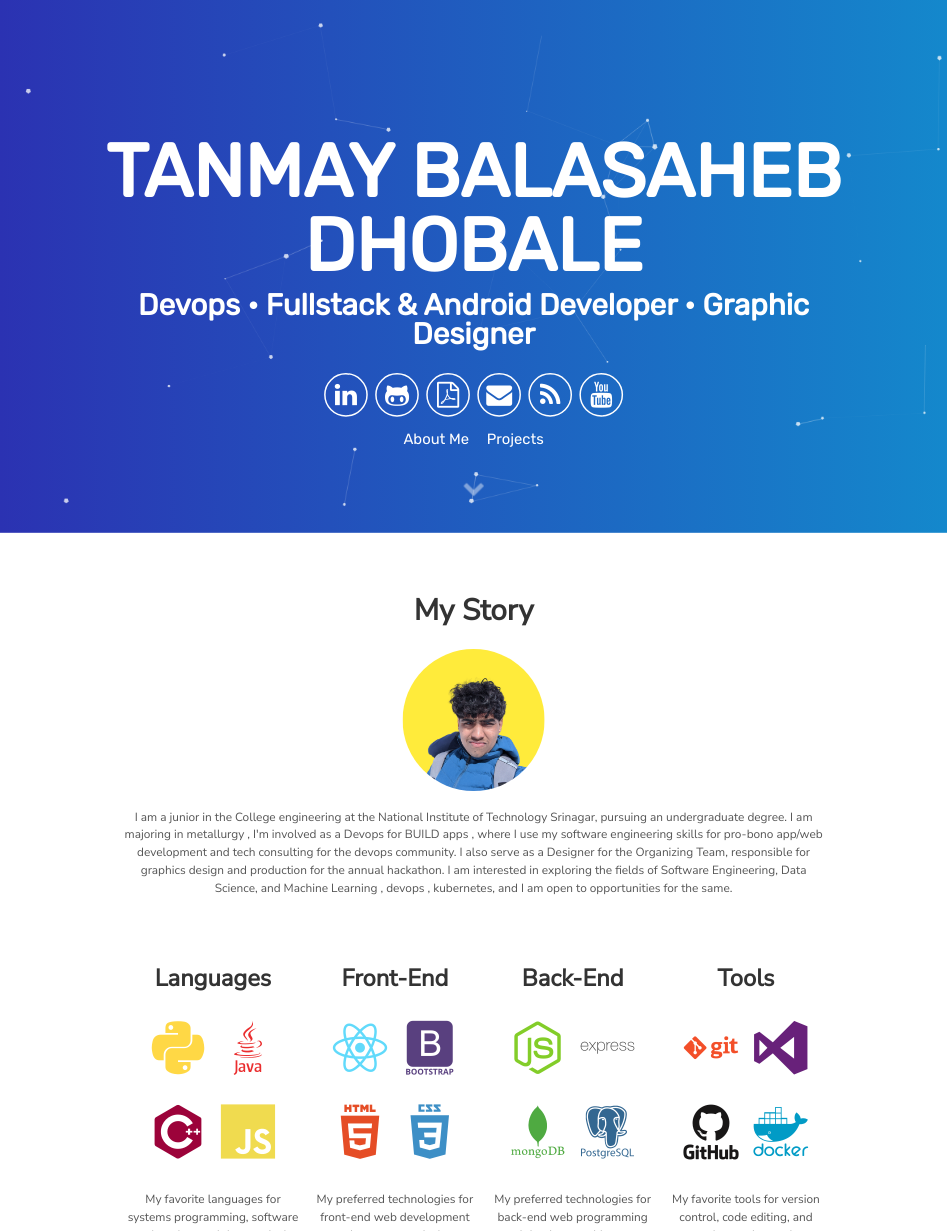
Repository: TanmayDhobale/portfolio.tanmay
Page: index.html
These files come from the project's save history. The page is drawn as it stood at one moment and after a run of saves; the edit follows.
The browser window is 1280 px wide. The pictures show the part of the page from y = 0 to 1663 px (the page is 3192 px tall before and 3168 px after), at 74% of full size.
A picture or video elsewhere on the page could not be fetched, so the positions and the page height are approximate. Backgrounds fixed to the window are drawn as part of the page.

Above is the page before, as saved 2023-12-22 23:37:52.

### index.html
<!DOCTYPE html>
<html lang="en">
  <head>
    <!-- Metadata of the Webpage -->
    <!-- Character-set Metadata -->
    <meta charset="utf-8" />
    <meta http-equiv="X-UA-Compatible" content="IE=edge" />
    <!-- Viewport Metadata -->
    <meta name="viewport" content="width=device-width, initial-scale=1" />
    <!-- Description Metadata-->
    <meta name="description" content="Portfolio Website" />
    <!-- Author Metadata -->
    <meta name="author" content="Tanmay dhobale " />
    <!-- Keyword Metadata -->
    <meta
      name="keywords"
      content="tanmay balasaheb dhobale , tanmay dhobale , tanmay dhobale nit  , tanmay dhobale nasa "
    />
    <!-- Webpage Logo -->
    <link rel="shortcut icon" href="assets/img/favicon.ico" />
    <!-- Webpage Title -->
    <title>Tanmay Dhobale </title>

    <!-- Import CSS: Main Stylesheet -->
    <link rel="stylesheet" href="./assets/css/main.css" />
  </head>

  <body>
    <div id="particles-js">
      <div class="header">
        <h1>
          <span class="site-title">TANMAY BALASAHEB DHOBALE  </span>
          <span class="site-description"> Devops • Fullstack & Android Developer • Graphic Designer</span>
        </h1>
        <div class="header-icons">
          <a aria-label="My LinkedIn Profile" target="_blank" href="https://www.linkedin.com/in/tanmaydhobale/">
            <i class="icon fa fa-linkedin" aria-hidden="true"></i>
          </a>
          <a aria-label="My Github Profile" target="_blank" href="https://github.com/TanmayDhobale">
            <i class="icon fa fa-github-alt" aria-hidden="true"></i>
          </a>
          <a aria-label="My Résumé" target="_blank" href="https://drive.google.com/file/d/1peyPPxDyb9ghPeIRP90eBRohSEgll6yG/view?usp=sharing">
            <i class="icon fa fa fa-file-pdf-o" aria-hidden="true"></i>

          </a>
          <a aria-label="Send Email" href="mailto:tanmay_2021bmme078@nitsri.ac.in" target="_blank"
            ><i class="icon fa fa-envelope"></i
          ></a>
           <a aria-label="Send Email" href="https://hashnode.com/@tanmay4l" target="_blank">
            <i class="icon fa fa-rss" aria-hidden="true"></i>
          </a>
          <a aria-label="Youtube" href="https://youtube.com/@tanmay4l?si=MVQowxwEulg6ruLZ" target="_blank"
          ><i class="icon fa fa-youtube"></i
        ></a>

        </div>
        <div class="header-links">
          <a class="link" href="#about" data-scroll>About Me</a>
          <a class="link" href="#projects" data-scroll>Projects</a>
        </div>
      </div>
      <a class="down" href="#about" data-scroll><i class="icon fa fa-chevron-down" aria-hidden="true"></i></a>


    </div>

    <!-- About Section -->
    <section id="about">
      <!-- User Introduction-->
      <div class="user-details">
        <h1>My Story</h1>
        <picture>
          <source
            type="image/webp"
            srcset="./assets/img/webp/Professional-Picture-Me.webp"
            alt="Professional Me"
            width="20%"
            style="border-radius: 50%"
          />
          <img
            src="./assets/img/jpg/Professional-Picture-Me.jpg"
            alt="Professional Me"
            width="20%"
            style="border-radius: 50%"
          />
        </picture>
        <p>
          I am a junior in the College engineering at the National Institute of Technology Srinagar,
          pursuing an undergraduate degree. I am majoring in metallurgy  ,  I'm involved as a Devops for BUILD
          apps , where I use my software engineering skills for pro-bono app/web development and tech consulting for the
          devops community. I also serve as a Designer for the Organizing Team, responsible for graphics
          design and production for the annual hackathon. I am interested in exploring the fields of Software
          Engineering, Data Science, and Machine Learning , devops , kubernetes,  and I am open to opportunities for the same.
        </p>
      </div>

      <!-- User Specifics -->
      <div class="user">
        <!-- Technology Stack #1: Languages -->
        <div class="tech">
          <h2>Languages</h2>
          <i class="devicon-python-plain colored"></i>
          <i class="devicon-java-plain-wordmark colored"></i>

          <i class="devicon-cplusplus-plain colored"></i>
          <i class="devicon-javascript-plain colored"></i>
          <p>My favorite languages for systems programming, software engineering, and data analysis.</p>
        </div>

        <!-- Technology Stack #2: Front-End -->
        <div class="tech">
          <h2>Front-End</h2>
          <i class="devicon-react-original colored"></i>
          <i class="devicon-bootstrap-plain-wordmark colored"></i>
          <i class="devicon-html5-plain-wordmark colored"></i>
          <i class="devicon-css3-plain-wordmark colored"></i>
          <p>My preferred technologies for front-end web development and component design.</p>
        </div>

        <!-- Technology Stack #3: Back-End -->
        <div class="tech">
          <h2>Back-End</h2>
          <i class="devicon-nodejs-plain colored"></i>
          <i class="devicon-express-original-wordmark colored"></i>
          <i class="devicon-mongodb-plain-wordmark colored"></i>
          <i class="devicon-postgresql-plain-wordmark colored"></i>

          <p>My preferred technologies for back-end web programming and database architecture.</p>
        </div>

        <!-- Technology Stack #4: Tools -->
        <div class="tech">
          <h2>Tools</h2>
          <i class="devicon-git-plain-wordmark colored"></i>
          <i class="devicon-visualstudio-plain colored"></i>
          <i class="devicon-github-plain-wordmark colored"></i>
          <i class="devicon-docker-plain-wordmark colored"></i>
          <i class="devicon-jenkins-plain colored"></i>


          <p>My favorite tools for version control, code editing, and container orchestration.</p>
        </div>
      </div>
    </section>

    <!-- Projects Section -->
    <section id="projects">
      <div class="user-details">
        <h1>Featured Projects</h1>
      </div>

      <!-- User Project #1: Personal Résumé Website -->
       <!-- <div class="user-projects">
        <div class="images-right">
          <picture>
            <source type="image/webp" srcset="./assets/img/webp/Personal-Resume-Website.webp" alt="Personal Website" />
            <img alt="Personal Website" src="./assets/img/jpg/Personal-Resume-Website.jpg" />
          </picture>
        </div>
        <div class="contents" style="text-align: center">
          <h3>Personal Website</h3>
          <div>
            <img
              height="32"
              width="32"
              src="https://unpkg.com/simple-icons@3.4.0/icons/react.svg"
              style="filter: invert(73%) sepia(74%) saturate(1552%) hue-rotate(169deg) brightness(109%) contrast(97%)"
            />
            &nbsp;
            <img
              height="32"
              width="32"
              src="https://unpkg.com/simple-icons@3.4.0/icons/bootstrap.svg"
              style="filter: invert(24%) sepia(14%) saturate(2270%) hue-rotate(222deg) brightness(102%) contrast(90%)"
            />
            &nbsp;
            <img height="32" width="32" src="https://unpkg.com/simple-icons@3.4.0/icons/github.svg" />
          </div>
          <p style="text-align: justify">
            I developed and designed a website using ReactJS and Bootstrap, hosted on Github Pages, to showcase my web
            presence, story, work experience, education, projects, and achievements in an interactive and
            visually-appealing format.
          </p>
          <a class="project-link" target="_blank" href="https://www.adityavsingh.com/">Check it out!</a>
        </div>
      </div>  -->

      <!-- User Project #2: Summer 2020 Project -->
   <div class="user-projects">
        <div class="images-left">
          <picture>
            <source type="image/webp" srcset="./assets/img/webp/Perpetual-Crusades.webp" alt="Perpetual Crusades" />
            <img alt="Perpetual Crusades" src="./assets/img/jpg/Perpetual-Crusades.jpg" />
          </picture>
        </div>
        <div class="contents-right" style="text-align: center">
          <h3>DepressionHUB</h3>
          <img
            height="32"
            width="32"
            src="https://unpkg.com/simple-icons@3.4.0/icons/react.svg"
            style="filter: invert(73%) sepia(74%) saturate(1552%) hue-rotate(169deg) brightness(109%) contrast(97%)"
          />
          &nbsp;
          <img
            height="32"
            width="32"
            src="https://unpkg.com/simple-icons@3.4.0/icons/css3.svg"
            style="filter: invert(33%) sepia(29%) saturate(3844%) hue-rotate(184deg) brightness(90%) contrast(84%)"
          />
          <img
          height="32"
          width="32"
          src="https://unpkg.com/simple-icons@3.4.0/icons/javascript.svg"
          style="filter: invert(33%) sepia(29%) saturate(3844%) hue-rotate(184deg) brightness(90%) contrast(84%)"
        />
          &nbsp;
          <img height="32" width="32" src="https://unpkg.com/simple-icons@3.4.0/icons/github.svg"/>
          <p style="text-align: justify">
            This is an startup webiste I`ve created this for DepressionHUB Company , using , javascrpt , ReactJS & vita and CSS Grid Layouts for design and hosted on
            GitHub & Netlify Pages.
          </p>
          <a class="project-link" target="_blank" href="https://depressionhuborg.netlify.app/"
            >Check it out!</a
          >
        </div>
      </div>

      <!-- User Project #3: freemoives - Top Movie Streaming Website -->
      <div class="user-projects">
        <div class="images-right">
          <picture>
            <source type="image/webp" srcset="./assets/img/webp/COVID19-Tracker-App.webp" alt="COVID-19 Tracker App" />
            <img alt="COVID-19 Tracker App" src="./assets/img/jpg/COVID19-Tracker-App.jpg" />
          </picture>
        </div>
        <div class="contents" style="text-align: center">
          <h3>Movie Streaming Website </h3>
          <div>
            <img
            height="32"
            width="32"
            src="https://unpkg.com/simple-icons@3.4.0/icons/css3.svg"
            style="filter: invert(33%) sepia(29%) saturate(3844%) hue-rotate(184deg) brightness(90%) contrast(84%)"
          />
            <img
              height="32"
              width="32"
              src="https://unpkg.com/simple-icons@3.4.0/icons/html5.svg"

              style="filter: invert(96%) sepia(47%) saturate(4151%) hue-rotate(338deg) brightness(100%) contrast(95%)"
            />
          </div>
          <p style="text-align: justify">
            I created a web site where u can watch movie online like netfilx , your go-to destination for streaming the top movies! This website is designed using HTML and CSS and aims to provide users with an immersive movie-watching experience.


          </p>
          <a class="project-link" target="_blank" href="https://tanmaydhobale.github.io/Freemoive.com/">
            Check it out!
          </a>
        </div>
      </div>

      <!-- Use Project #4: cloud Native Monitoring Application -->
      <div class="user-projects">
        <div class="images-left">
          <picture>
            <source
              type="image/webp"
              srcset="./assets/img/webp/Valuto-Account-Management.webp"
              alt="cloud Native Monitoring Application\"
            />
            <img alt="/Users/tanmay/Desktop/code/tanmayport.dev/My-Alternate-Portfolio-Website/assets/img/jpg/Valuto-Account-Management.jpg" src="./assets/img/jpg/Valuto-Account-Management.jpg" />
          </picture>
        </div>
        <div class="contents-right" style="text-align: center">
          <h3>Cloud Native Monitoring Application</h3>
          <div>
            <img
              height="32"
              width="32"
              src="https://unpkg.com/simple-icons@3.4.0/icons/python.svg"

              style="filter: invert(22%) sepia(77%) saturate(1486%) hue-rotate(183deg) brightness(101%) contrast(103%)"
            />
            <img
              height="32"
              width="32"
              src="https://unpkg.com/simple-icons@3.4.0/icons/docker.svg"

              style="filter: invert(22%) sepia(77%) saturate(1486%) hue-rotate(183deg) brightness(101%) contrast(103%)"
            />
            <img
              height="32"
              width="32"
              src="https://unpkg.com/simple-icons@3.4.0/icons/kubernetes.svg"

              style="filter: invert(22%) sepia(77%) saturate(1486%) hue-rotate(183deg) brightness(101%) contrast(103%)"
            />
          </div>
          <p style="text-align: justify">
            I developed a cloud Native Monitoring Application . A Cloud Native Monitoring Application is a tool designed to oversee and manage applications and infrastructure in cloud-native environments. A Cloud Native Monitoring Application is a tool designed to oversee and manage applications and infrastructure in cloud-native environments. It provides real-time insights into performance, availability, and health, helping to optimize resource usage, detect issues, and enable quick responses through alerts and notifications. This tool supports the scalability and efficiency of cloud-native applications by offering data-driven insights for continuous improvement.
          </p>
          <a class="project-link" target="_blank" href="https://github.com/TanmayDhobale/cloudNativeMonitoringApplication">
            Check it out!
          </a>
        </div>
      </div>
    </section>

    <footer class="footer">
      <p>&copy; Tanmay dhobale, 2020</p>
    </footer>

    <!-- Import JS: Particles Theme -->
    <script src="https://cdn.jsdelivr.net/particles.js/2.0.0/particles.min.js"></script>
    <!-- Import JS: Sweet Scroll -->
    <script src="./assets/js/sweet-scroll.min.js"></script>
    <!-- Import JS: Google Analytics -->
    <script src="./assets/js/google-analytics.js"></script>
    <!-- Import JS: Main Script -->
    <script src="./assets/js/main.js"></script>
  </body>
</html>

Loaded but not shown: assets/js/sweet-scroll.min.js (library); assets/js/google-analytics.js (common file); assets/js/main.js (1 lines, source omitted); assets/css/main.css (5127 lines, source omitted)

After the next 3 saves:
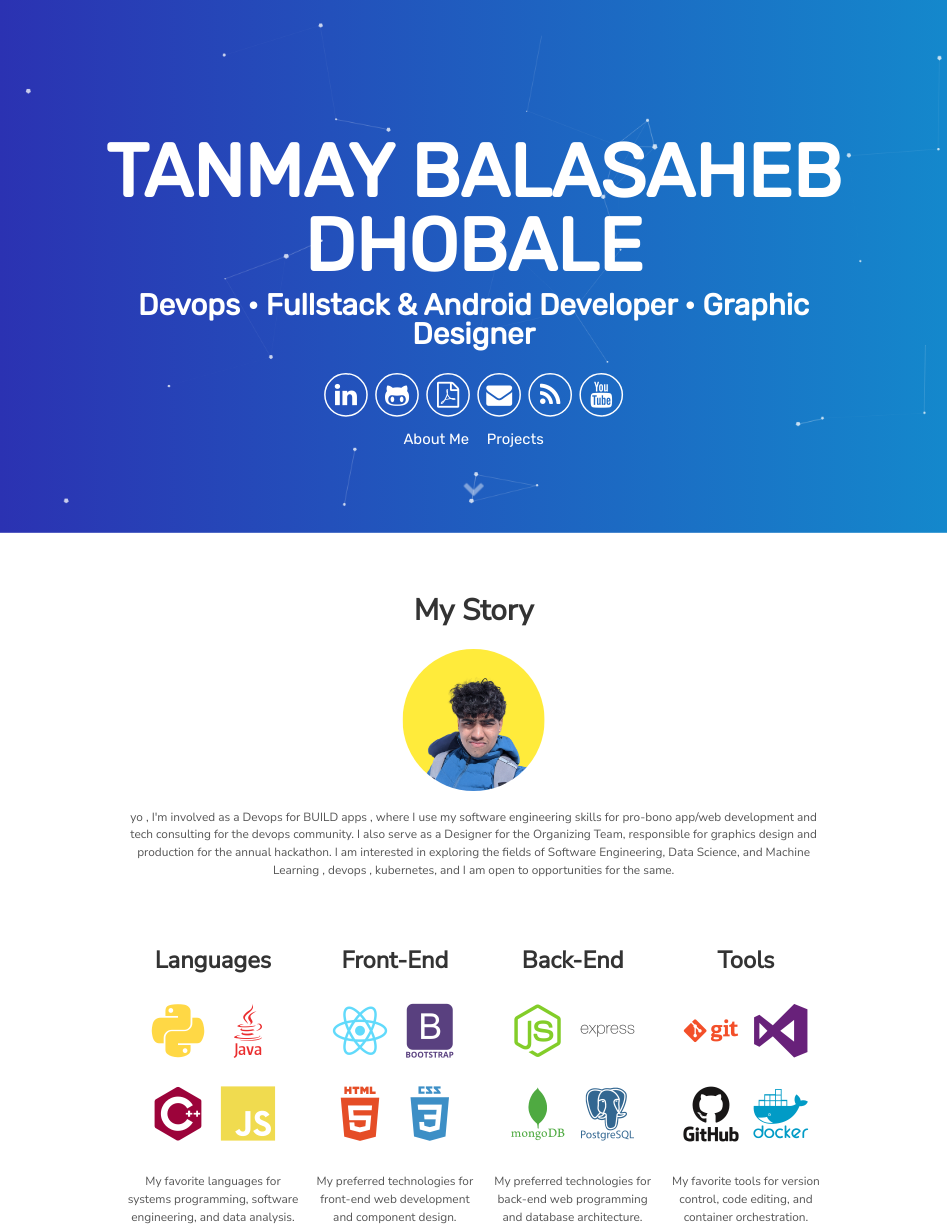
The 3 saves are shown as one change because they came seconds apart.
The last was saved 83 s later.
--- a/index.html
+++ b/index.html
@@ -85,8 +85,7 @@
           />
         </picture>
         <p>
-          I am a junior in the College engineering at the National Institute of Technology Srinagar,
-          pursuing an undergraduate degree. I am majoring in metallurgy  ,  I'm involved as a Devops for BUILD
+          yo  ,  I'm involved as a Devops for BUILD
           apps , where I use my software engineering skills for pro-bono app/web development and tech consulting for the
           devops community. I also serve as a Designer for the Organizing Team, responsible for graphics
           design and production for the annual hackathon. I am interested in exploring the fields of Software

After the save that followed:
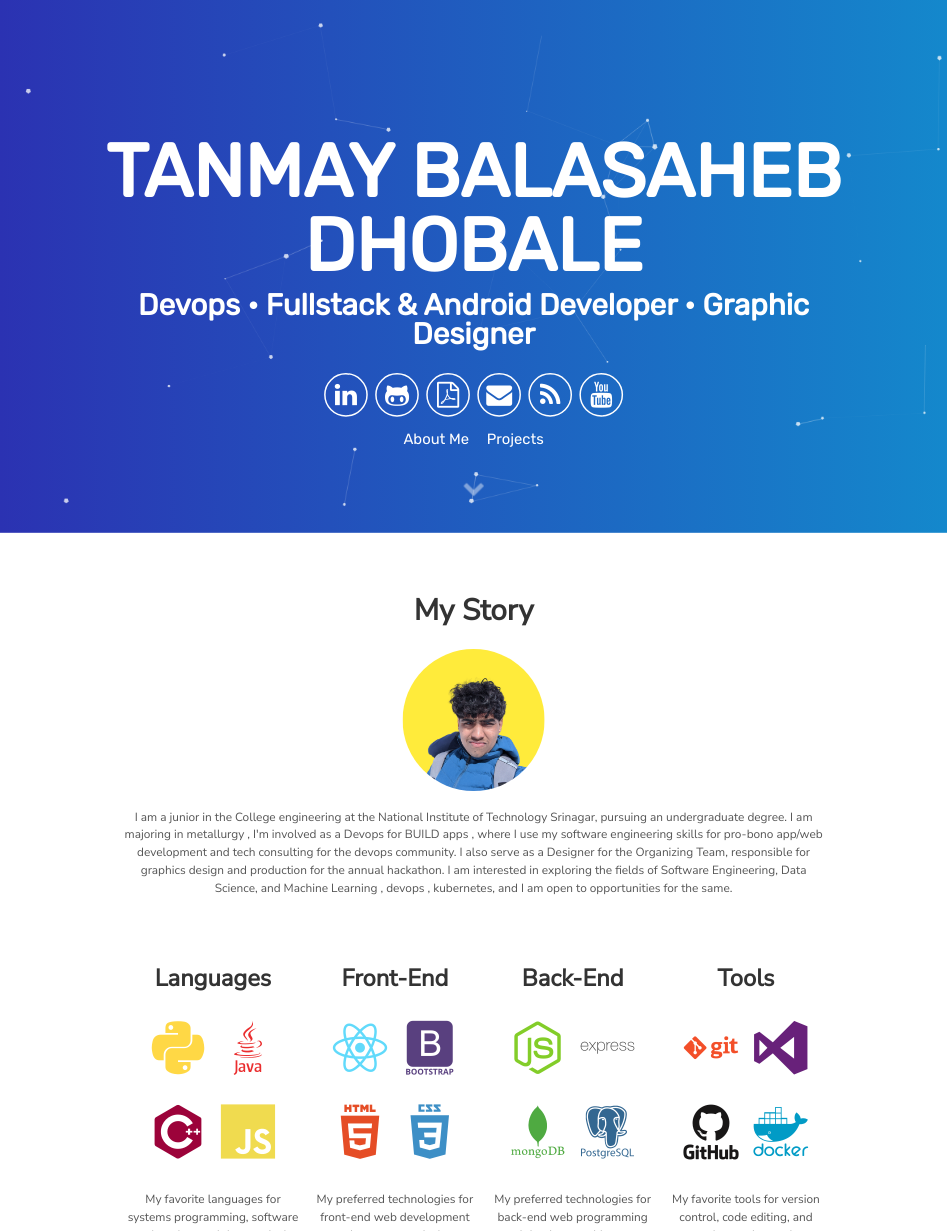
Saved 8 s later.
--- a/index.html
+++ b/index.html
@@ -85,7 +85,8 @@
           />
         </picture>
         <p>
-          yo  ,  I'm involved as a Devops for BUILD
+          I am a junior in the College engineering at the National Institute of Technology Srinagar,
+          pursuing an undergraduate degree. I am majoring in metallurgy  ,  I'm involved as a Devops for BUILD
           apps , where I use my software engineering skills for pro-bono app/web development and tech consulting for the
           devops community. I also serve as a Designer for the Organizing Team, responsible for graphics
           design and production for the annual hackathon. I am interested in exploring the fields of Software
